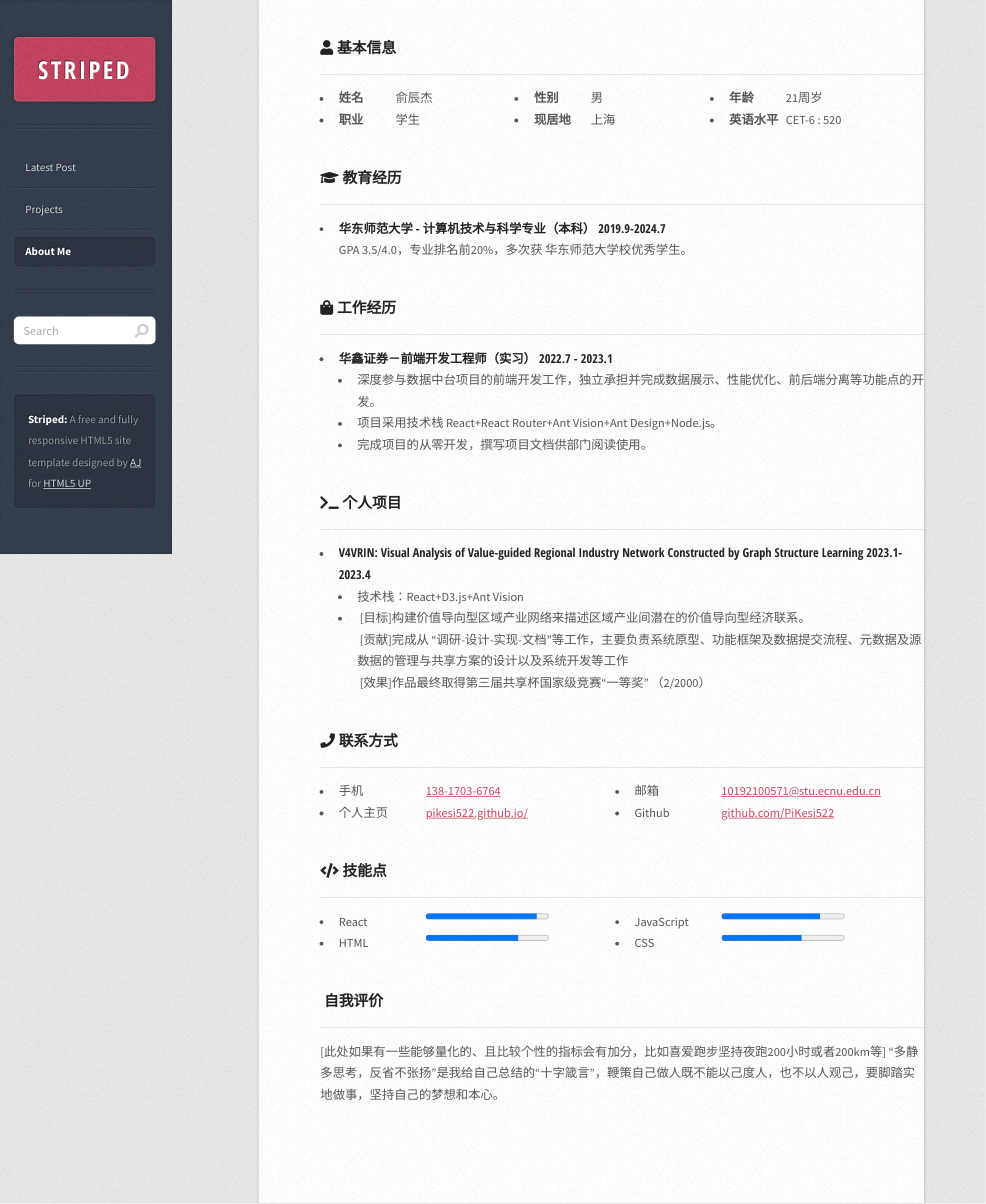
Repository: PiKesi522/PiKesi522.github.io
Page: about.html
An editor plug-in stored every save of this project. The page is shown before and after the next save, followed by the edit.
The browser window is 1280 px wide. The pictures show the whole page, at 77% of full size.

Above is the page before, as saved 2023-04-10 19:19:59.

After the next save:
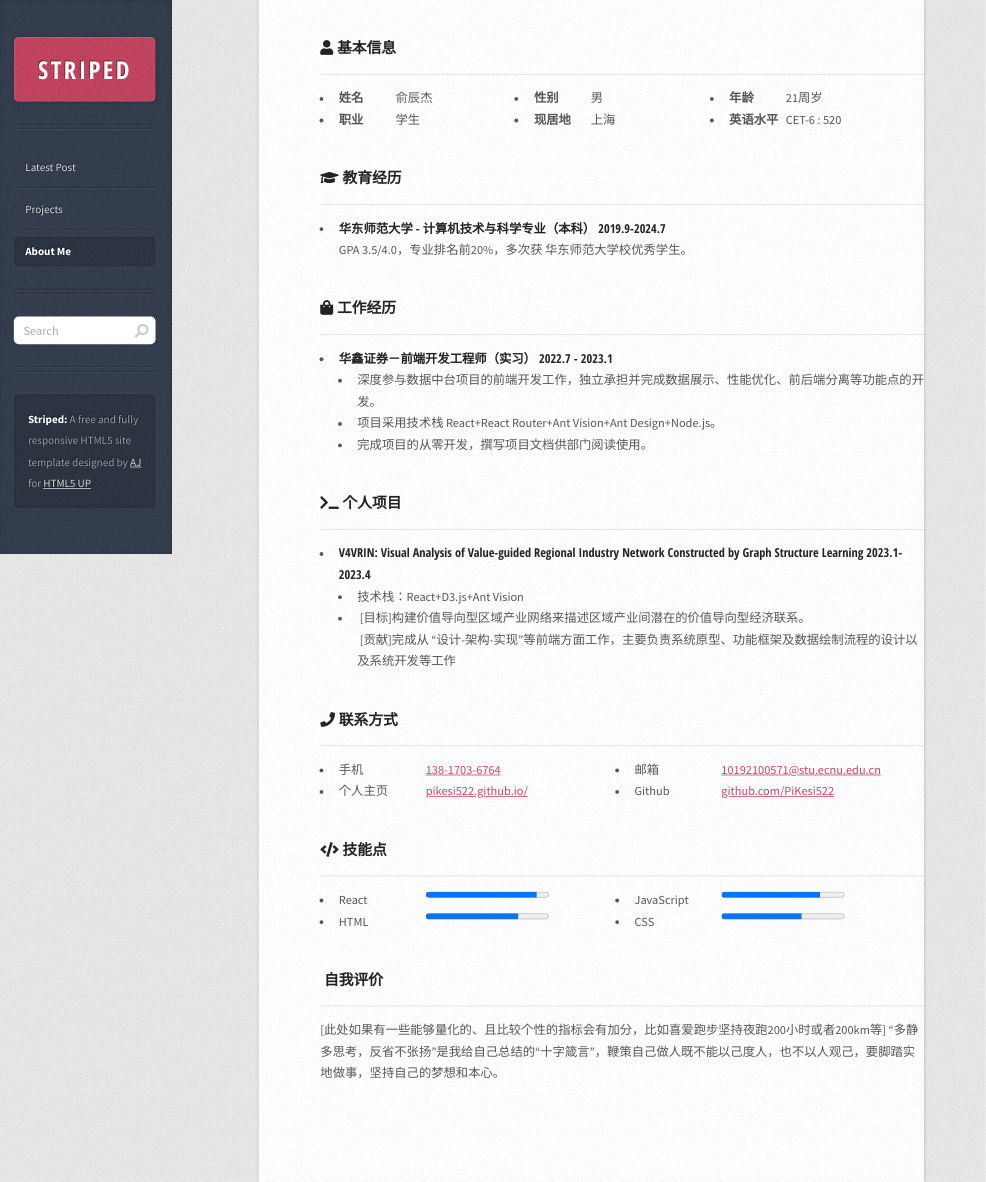
Saved 84 s later.
--- a/about.html
+++ b/about.html
@@ -216,10 +216,10 @@
                                         <br /> -->
                                         <i class="fa fa-paper-plane-o" aria-hidden="true"></i>
                                         [贡献]完成从
-                                        <mark>“调研-设计-实现-文档”</mark>等工作，主要负责系统原型、功能框架及数据提交流程、元数据及源数据的管理与共享方案的设计以及系统开发等工作
-                                        <br />
-                                        <i class="fa fa-thumbs-o-up" aria-hidden="true"></i>
-                                        [效果]作品最终取得第三届共享杯国家级竞赛“一等奖” （2/2000）
+                                        <mark>“设计-架构-实现”</mark>等前端方面工作，主要负责系统原型、功能框架及数据绘制流程的设计以及系统开发等工作
+                                        <br />
+                                        <!-- <i class="fa fa-thumbs-o-up" aria-hidden="true"></i>
+                                        [效果]作品最终取得第三届共享杯国家级竞赛“一等奖” （2/2000） -->
                                     </li>
                                 </ul>
                             </li>
